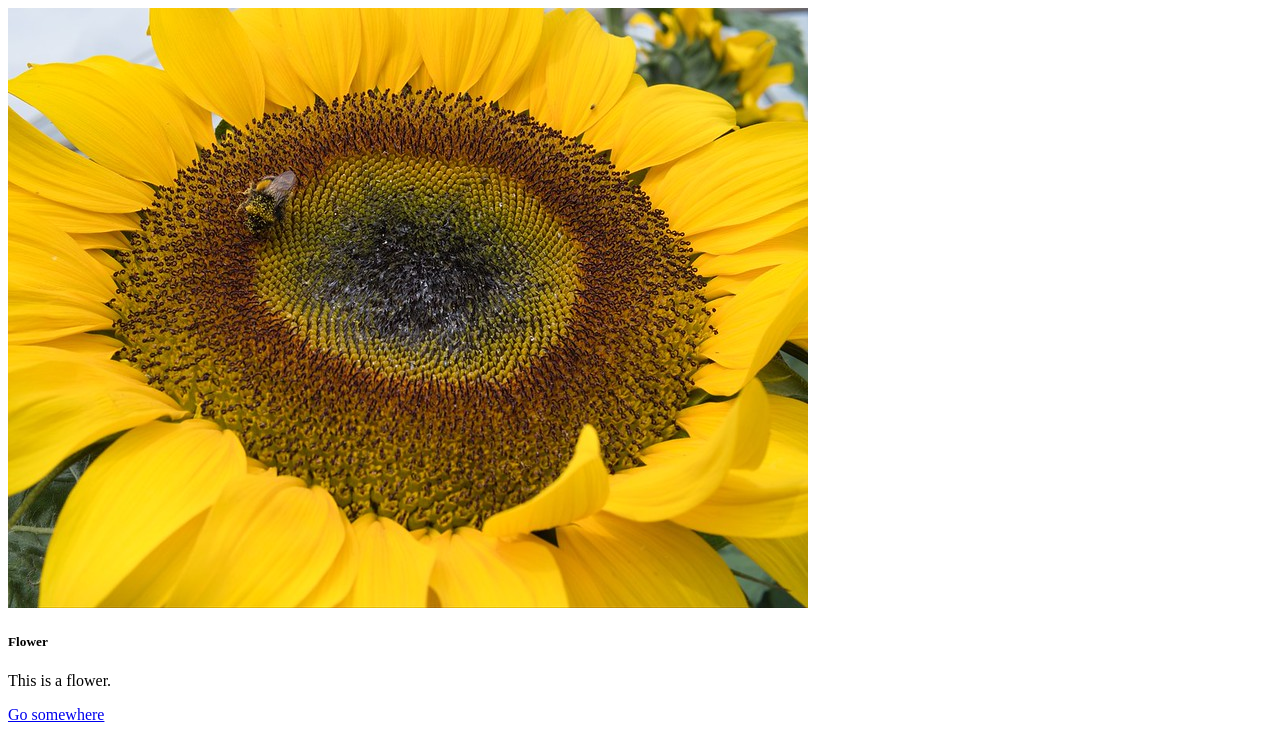
Repository: Stamkopoulos/The-Complete-2023-Web-Development-Bootcamp
Page: CSS and Bootstrap/11.0+Bootstrap+Intro/11.0 Bootstrap Intro/index.html
An editor plug-in stored every save of this project. The page is shown before and after the next save, followed by the edit.
The browser window is 1280 px wide. The pictures show the whole page.

Above is the page before, as saved 2024-02-29 19:25:11.

### CSS and Bootstrap/11.0+Bootstrap+Intro/11.0 Bootstrap Intro/index.html
<!DOCTYPE html>
<html lang="en">
  <head>
    <meta charset="utf-8" />
    <meta name="viewport" content="width=device-width, initial-scale=1" />
    <title>Bootstrap</title>
    <!-- TODO 1: Add the Bootstrap link here. -->
    <link
      rel="stylesheet"
      href`="https://stackpath.bootstrapcdn.com/bootstrap/4.5.2/css/bootstrap.min.css"
    />

    <style>
      /* TODO 4: Use flexbox to center the card in the vertical and horizontal center. */
    </style>
  </head>

  <body>
    <div class="flex-container">
      <!-- TODO 2: Add the Bootstrap Prebuilt Card here -->
      <div class="card" style="width: 18rem">
        <img src="flower.jpg" class="card-img-top" alt="..." />
        <div class="card-body">
          <h5 class="card-title">Flower</h5>
          <p class="card-text">This is a flower.</p>
          <a href="#" class="btn btn-primary">Go somewhere</a>
        </div>
      </div>

      <!-- TODO 3: Change the image src to display the flower.jpg image. -->
    </div>
  </body>
</html>

After the next save:
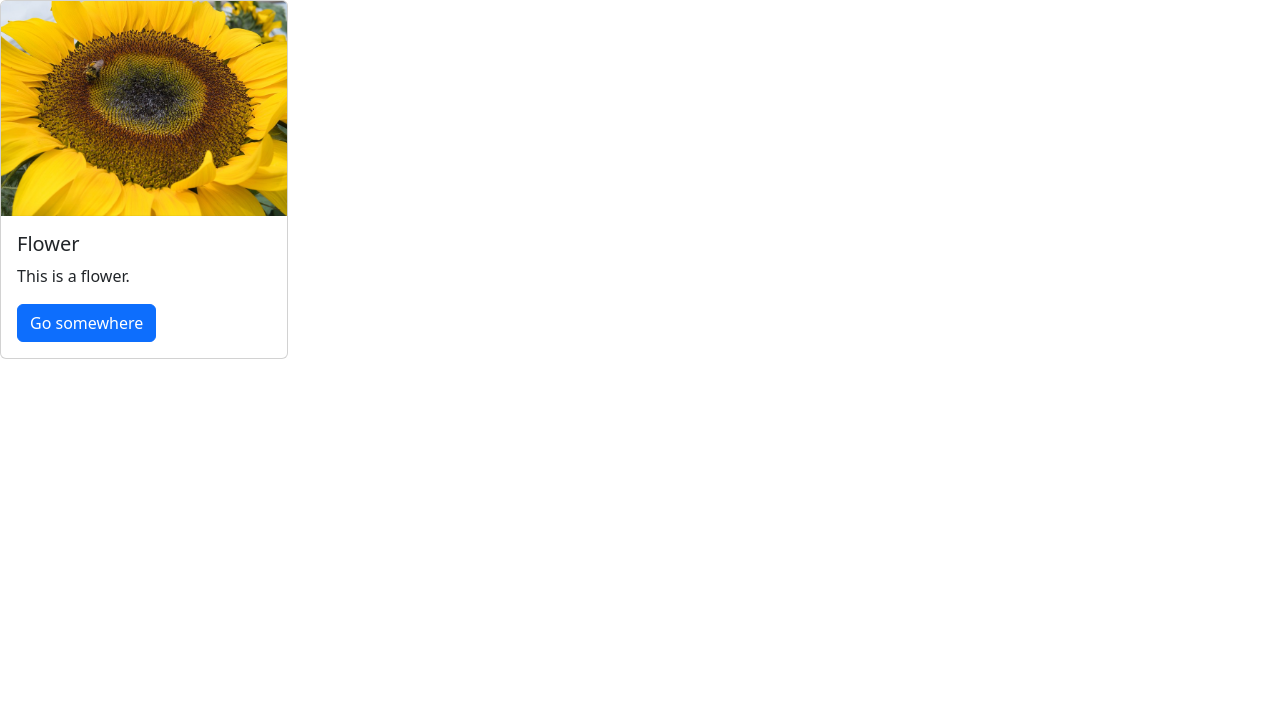
Saved 51 s later.
--- a/CSS and Bootstrap/11.0+Bootstrap+Intro/11.0 Bootstrap Intro/index.html
+++ b/CSS and Bootstrap/11.0+Bootstrap+Intro/11.0 Bootstrap Intro/index.html
@@ -6,8 +6,10 @@
     <title>Bootstrap</title>
     <!-- TODO 1: Add the Bootstrap link here. -->
     <link
+      href="https://cdn.jsdelivr.net/npm/bootstrap@5.3.3/dist/css/bootstrap.min.css"
       rel="stylesheet"
-      href`="https://stackpath.bootstrapcdn.com/bootstrap/4.5.2/css/bootstrap.min.css"
+      integrity="sha384-QWTKZyjpPEjISv5WaRU9OFeRpok6YctnYmDr5pNlyT2bRjXh0JMhjY6hW+ALEwIH"
+      crossorigin="anonymous"
     />
 
     <style>
